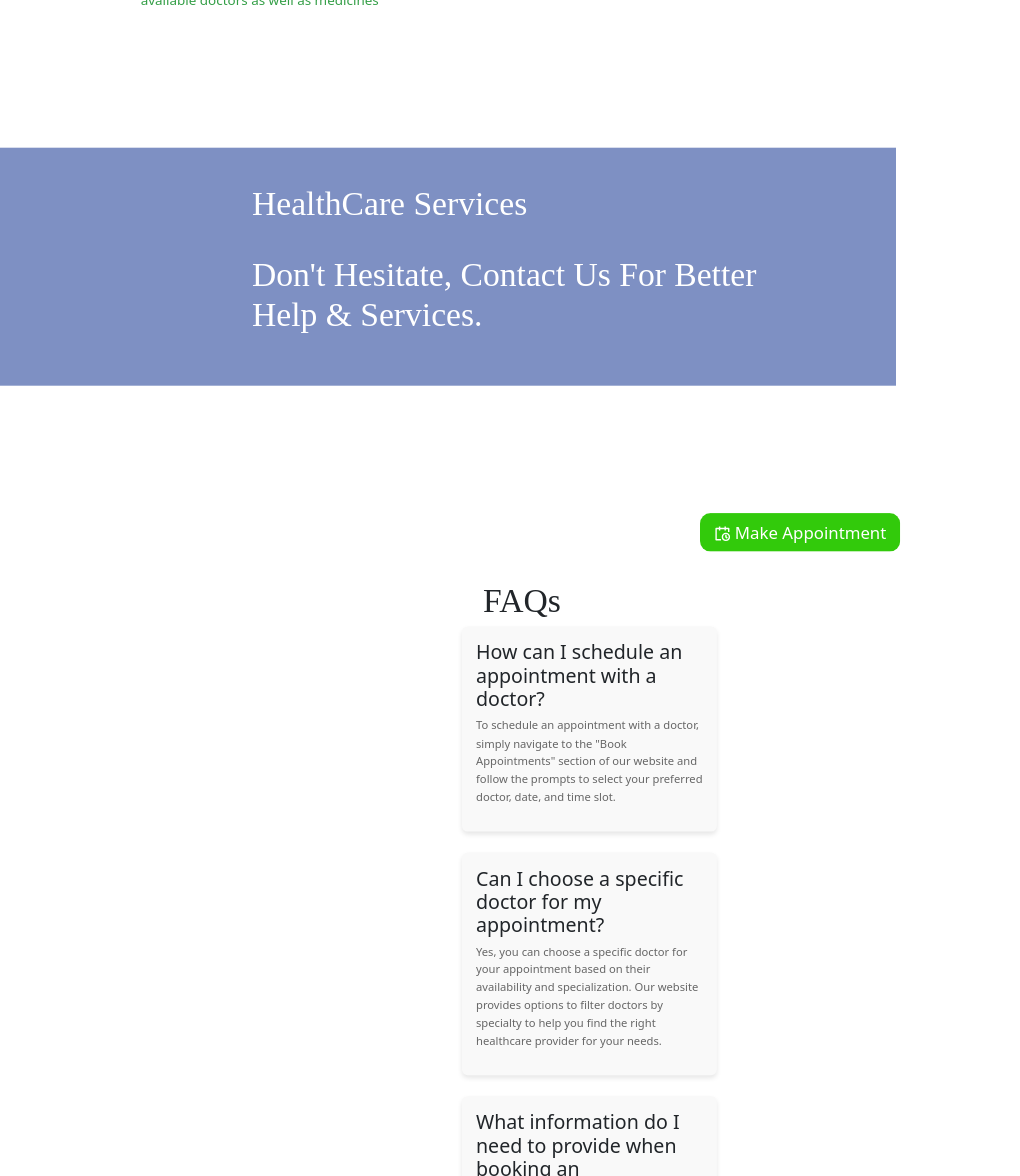
Repository: WajihaGul/MedicalApp-Frontend
Page: /
An editor plug-in stored every save of this project. The page is shown before and after the next save, followed by the edit.
The browser window is 1280 px wide. The page is 1457 px wide, so the pictures cover 1457 px, including what lies to the right of the window. The pictures show the part of the page from y = 1830 to 3510 px (the page is 4991 px tall before and 4986 px after), at 70% of full size.
The project was rebuilt for these pictures with package versions that can differ from the ones it lists, and the page was loaded fresh each time. Also part of the build but not shown: vite.config.js, src/index.css, src/App.css.

Above is the page before, as saved 2024-05-08 23:00:58.

### public/index.html
<!DOCTYPE html>
<html lang="en">
  <head>
    <meta charset="utf-8" />
    <link rel="icon" href="%PUBLIC_URL%/favicon.ico" />
    <meta name="viewport" content="width=device-width, initial-scale=1" />
    <meta name="theme-color" content="#000000" />
    <meta
      name="description"
      content="Web site created using create-react-app"
    />
    <link rel="apple-touch-icon" href="%PUBLIC_URL%/logo192.png" />

    <link rel="manifest" href="%PUBLIC_URL%/manifest.json" />

    <title>Health Buddy</title>

    <!-- Bootstrap CSS -->

    <link href="https://cdn.jsdelivr.net/npm/bootstrap@5.3.3/dist/css/bootstrap.min.css" rel="stylesheet">
  </head>
  <body>
    <noscript>You need to enable JavaScript to run this app.</noscript>
    <div id="root"></div>

  </body>
</html>

### src/index.js
import React from "react";
import ReactDOM from "react-dom/client";
import "./index.css";
import "bootstrap/dist/css/bootstrap.min.css";
import { Auth0Provider } from "@auth0/auth0-react";
import App from "./App";

const root = ReactDOM.createRoot(document.getElementById("root"));
root.render(
  <Auth0Provider
    domain="dev-0g3c3dxmqjxyqw2c.us.auth0.com"
    clientId="oMzUGa6dYetqfOyrTVNkJyeCd189p4oL"
    authorizationParams={{
      redirect_uri: window.location.origin,
    }}
  >
    <App />
  </Auth0Provider>
);

### src/App.js
import "./App.css";
import Homepage from "./Pages/Homepage";
function App() {
  return (
    <>
      <Homepage />
    </>
  );
}

export default App;

### src/Pages/Homepage.jsx
import Accomplishments from "../Components/Accomplishments/Accomplishments";
import Experience from "../Components/Experience/Experience";
import LandingPage from "./../Components/LandingPage/LandingPage";
import NavigationBar from "./../Components/NavigationBar/Navbar";
import MakeAppointment from "../Components/MakeAppointment/MakeAppointment";
import Footer from "../Components/Footer/Footer";
import Faqs from "../Components/FAQS/Faqs";

const Homepage = () => {
  return (
    <>
      <NavigationBar />
      <LandingPage />
      <Accomplishments />
      <Experience />
      <MakeAppointment />
      <Faqs />
      <Footer />
    </>
  );
};

export default Homepage;

### src/Components/Accomplishments/Accomplishments.jsx
import styles from "./Accomplishments.module.css";

const Accomplishments = () => {
  return (
    <div className={styles.container}>
      <div className={styles.innerContainer}>
        <div className={styles.column1}>
          <img
            className={styles.cols_img}
            src="https://medi-dove.netlify.app/img/counter/counter-icon-7.png"
            alt=""
          />

          <p className={styles.explanationi}>540 + </p>

          <p className={styles.explanationii}>Expert Doctors</p>

          <p className={styles.explanationiii}>
            Our team of dedicated professionals ensures personalized care and
            expert guidance tailored to your unique health needs
          </p>
        </div>

        <div className={styles.column1}>
          <img
            className={styles.cols_img}
            src="https://medi-dove.netlify.app/img/counter/counter-icon-9.png"
            alt=""
          />

          <p className={styles.explanationi}>899+</p>

          <p className={styles.explanationii}>Problem Solve</p>

          <p className={styles.explanationiii}>
            Benefit from our extensive expertise in resolving medical
            challenges, offering tailored solutions that prioritize patient
            well-being.
          </p>
        </div>

        <div className={styles.column3}>
          <img
            className={styles.cols_img}
            src="https://medi-dove.netlify.app/img/counter/counter-icon-83.png"
            alt=""
          />

          <p className={styles.explanationi}>100+</p>

          <p className={styles.explanationii}>Award Winner</p>

          <p className={styles.explanationiii}>
            With a track record of excellence, we continue to set the standard
            for cutting-edge medical information and services
          </p>
        </div>
      </div>
    </div>
  );
};

export default Accomplishments;

### src/Components/Experience/Experience.jsx
import styles from "./Experience.module.css";

const Experience = () => {
  return (
    <>
      <div className={styles.container}>
        <div className={styles.divimg}>
          <img
            className={styles.eimg}
            src="/Assets/Experience_image.png"
            alt="logo here"
          />
        </div>

        <div>
          <h1 className={styles.ehead1}>25+ Years Of Experience</h1>
          <br />
          <h6 className={styles.ehead6}>
            HealthBuddy helps you in searching available doctors as well as
            medicines
          </h6>
        </div>
        <div>
          <p className={styles.story_p}>
            Drawing upon a wealth of over 25 years of collective experience in
            the healthcare sector, our team brings unparalleled expertise to the
            development of medical websites. With a focus on user-centric design
            and accessibility, we create intuitive interfaces that prioritize
            patient engagement and professional credibility. By staying abreast
            of the latest industry trends and technological advancements, we
            ensure that our websites not only meet but exceed the expectations
            of both healthcare providers and their patients. Our commitment to
            excellence drives us to deliver solutions that resonate with our
            clients' goals and aspirations, ultimately contributing to the
            advancement of healthcare services in today's digital landscape.
          </p>
        </div>
      </div>
    </>
  );
};
export default Experience;

### src/Components/LandingPage/LandingPage.jsx
import React from "react";
import "bootstrap/dist/css/bootstrap.min.css";
import { Carousel } from "react-bootstrap";
import styles from "./LandingPage.module.css";

const LandingPage = () => {
  return (
    <Carousel>
      <Carousel.Item>
        <img
          className={styles.dblock}
          src="https:hips.hearstapps.com/hmg-prod/images/types-of-doctors-1600114658.jpg?crop=0.974xw:0.729xh;0,0&resize=1200:*"
          alt="First slide"
        />
        <Carousel.Caption>
          <h3 className={styles.sliders_h}>Welcome to HealthBuddy</h3>
          <p className={styles.sliders_p}>
            We are dedicated to providing compassionate care and innovative
            medical solutions tailored to your needs.
          </p>
        </Carousel.Caption>
      </Carousel.Item>
      <Carousel.Item>
        <img
          className={styles.dblock}
          src="https://medi-dove.netlify.app/img/home4/about/overlap.png"
          alt="Second slide"
        />
        <Carousel.Caption>
          <h3 className={styles.sliders_h}>
            Find Trusted Doctors in Your Area
          </h3>
          <p className={styles.sliders_p}>
            Whether you need a primary care physician, specialist, or allied
            healthcare provider, we've got you covered.
          </p>
        </Carousel.Caption>
      </Carousel.Item>
      <Carousel.Item>
        <img
          className={styles.dblock}
          src="https://drz0f01yeq1cx.cloudfront.net/1714474335549-158e1cf4-d33e-41ef-afb5-0ab23aea778c-4929.png"
          alt="Third slide"
        />
        <Carousel.Caption>
          <h3 className={styles.sliders_h}>Convenient Pharmacy Services</h3>
          <p className={styles.sliders_p}>
            Our pharmacy services make it easy to access the medications you
            need, right from the comfort of your own home.
          </p>
        </Carousel.Caption>
      </Carousel.Item>
    </Carousel>
  );
};

export default LandingPage;

### src/Components/NavigationBar/Navbar.jsx
import styles from "./Navbar.module.css";
import { useAuth0 } from "@auth0/auth0-react";

const Navbar = () => {
  const { loginWithRedirect, isAuthenticated, logout } = useAuth0();

  return (
    <>
      <nav className={styles.container}>
        <div className={styles.logo}>
          <img
            className={styles.nav_img}
            src="https://cdn.icon-icons.com/icons2/1465/PNG/512/588hospital_100778.png"
            alt="logo"
          />
          <h1 className={styles.nav_head}>HealthBuddy</h1>
        </div>
        <ul className={styles.navul}>
          <li href="#">Home</li>
          <li href="#">Doctors</li>
          <li href="#">Pharmacies</li>
          <li href="#">Contact Us</li>
        </ul>
        {isAuthenticated ? (
          <li>
            <button
              className={styles.customButton}
              onClick={() =>
                logout({ logoutParams: { returnTo: window.location.origin } })
              }
            >
              Log Out
            </button>
          </li>
        ) : (
          <li>
            <button
              className={styles.customButton}
              onClick={() => loginWithRedirect()}
            >
              Login
            </button>
          </li>
        )}
      </nav>
    </>
  );
};

export default Navbar;

### src/Components/MakeAppointment/MakeAppointment.jsx
import styles from "./MakeAppointment.module.css";
import { RiCalendarScheduleLine } from "react-icons/ri";

const MakeAppointment = () => {
  return (
    <>
      <div className={styles.container}>
        <div className={styles.divii}>
          <h3 className={styles.head3}>HealthCare Services</h3>
          <h1 className={styles.head1}>
            Don't Hesitate, Contact Us For Better Help & Services.
          </h1>
        </div>

        <div className={styles.ButtonHere}>
          <button className={styles.button} type="button">
            <RiCalendarScheduleLine className={styles.icon} />
            Make Appointment
          </button>
        </div>
      </div>
    </>
  );
};

export default MakeAppointment;

### src/Components/Footer/Footer.jsx
import React from "react";
import styles from "./Footer.module.css";
import {
  FaPhone,
  FaEnvelope,
  FaFacebook,
  FaTwitter,
  FaInstagram,
  FaLinkedin,
} from "react-icons/fa";

const Footer = () => {
  return (
    <>
      <footer className={styles.footer}>
        <div className={styles.container}>
          <div className={styles.footer_grid}>
            <div className={styles.footer_item}>
              <h3>Contact Us</h3>
              <p>
                <FaPhone /> +1-123-456-7890
              </p>
              <p>
                <FaEnvelope /> info@medicalwebsite.com
              </p>
            </div>
            <div className={styles.footer_item}>
              <h3>Quick Links</h3>
              <ul>
                <li>
                  <a href="#home">Home</a>
                </li>
                <li>
                  <a href="#doctors">Doctors</a>
                </li>
                <li>
                  <a href="#pharmacy">Pharmacy</a>
                </li>
                <li>
                  <a href="#appointments">Appointments</a>
                </li>
                <li>
                  <a href="#about">About Us</a>
                </li>
                <li>
                  <a href="#contact">Contact Us</a>
                </li>
              </ul>
            </div>
            <div className={styles.footer_item}>
              <h3>Services</h3>
              <ul>
                <li>
                  <a href="#appointment">Book Appointment</a>
                </li>
                <li>
                  <a href="#pharmacy-order">Order Medicine</a>
                </li>
              </ul>
            </div>
            <div className={styles.footer_item}>
              <h3>Follow Us</h3>
              <ul className={styles.social_icons}>
                <li>
                  <a href="https://facebook.com">
                    <FaFacebook />
                  </a>
                </li>
                <li>
                  <a href="https://twitter.com">
                    <FaTwitter />
                  </a>
                </li>
                <li>
                  <a href="https://instagram.com">
                    <FaInstagram />
                  </a>
                </li>
                <li>
                  <a href="https://linkedin.com">
                    <FaLinkedin />
                  </a>
                </li>
              </ul>
            </div>
          </div>
        </div>
        <div className={styles.footer_bottom}>
          <div className={styles.container}>
            <p>
              &copy; {new Date().getFullYear()} Medical Website. All rights
              reserved.
            </p>
          </div>
        </div>
      </footer>
    </>
  );
};

export default Footer;

### src/Components/FAQS/Faqs.jsx
import React from "react";
import styles from "./Faqs.module.css";

const Faqs = () => {
  return (
    <section className={styles.faq_section}>
      <div className={styles.faq_content}>
        <h2 className={styles.faq_h2}>FAQs</h2>
        <div className={styles.faq_item}>
          <h3>How can I schedule an appointment with a doctor?</h3>
          <p>
            To schedule an appointment with a doctor, simply navigate to the
            "Book Appointments" section of our website and follow the prompts to
            select your preferred doctor, date, and time slot.
          </p>
        </div>
        <div className={styles.faq_item}>
          <h3>Can I choose a specific doctor for my appointment?</h3>
          <p>
            Yes, you can choose a specific doctor for your appointment based on
            their availability and specialization. Our website provides options
            to filter doctors by specialty to help you find the right healthcare
            provider for your needs.
          </p>
        </div>
        <div className={styles.faq_item}>
          <h3>
            What information do I need to provide when booking an appointment?
          </h3>
          <p>
            When booking an appointment, you will need to provide basic
            information such as your name, contact details, reason for visit,
            and any relevant medical history. This information helps us ensure
            that you receive the appropriate care during your visit.
          </p>
        </div>
        <div className={styles.faq_item}>
          <h3>How can I order prescription medications from the pharmacy?</h3>
          <p>
            Ordering prescription medications from our pharmacy is easy. Simply
            log in to your account on our website, navigate to the pharmacy
            section, and browse our catalog of available medications. Add the
            desired items to your cart, proceed to checkout, and follow the
            instructions to complete your order
          </p>
        </div>

        <div className={styles.faq_item}>
          <h3>
            How long does it take for prescription medications to be delivered?
          </h3>
          <p>
            Prescription medication delivery times may vary depending on your
            location and the availability of the medications you have ordered.
            Typically, orders are processed and dispatched within 24 hours, and
            delivery times range from 2-3 business days.
          </p>
        </div>
      </div>
    </section>
  );
};

export default Faqs;

### src/Components/Accomplishments/Accomplishments.module.css
.container{
    margin:0 auto;
    width: 1200px;
    padding-top: 30px;
    padding-bottom: 30px;
    margin-top: 30px;
    display: flex;
    flex-direction: column;
}
.innerContainer{
    display: flex;
    flex-direction: row;
}
.column1 , .column2 , .column3{
    display: flex;
    flex-direction: column;
    justify-content: center;
    align-items: center;
}
.explanationi{
    font-size: xxx-large;
    font-weight: 700px;
}

.explanationii{
    color: green;
    font-size: larger;
    font-style: italic;
    margin-top: -12px;
}

.explanationiii{
    text-align: justify;
    margin-right: 23px;
    font-size:24px;
}

.cols_img{
    height: 150px;
    width: 150px;
    align-items: center !important;
    justify-content: center !important;
}

### src/Components/Experience/Experience.module.css
.container{
  margin: 0 auto;
  width: 1200px;
  margin-top: 138px;
  display: flex;
  flex-direction: row;
  margin-bottom: 138px;
}

.logo, .experience , .story{
  margin: 10px;
  height: 100px !important;
}

.story_p{
  padding: 44px;
    text-align: justify;
    font-size: 20px;
    width: 900px;
}
.divimg{

}
.ehead1{
  font-size: 69px;
}

.ehead6{
color: #339e46 ;
font-size: larger;
}
.eimg{
  height: 131px;
  margin-bottom: 102px;
  margin-top: 102px;
  padding-right: 30px;
}

### src/Components/LandingPage/LandingPage.module.css
.carousel {
  overflow: hidden; /* Hide any overflow */
}

.carousel-item img {
  max-width: 100%; /* Ensure images don't exceed the width of the container */
  max-height: 100vh; /* Adjust the height as needed to fit within the viewport */
  margin: auto; /* Center the images horizontally */
}

.dblock{
  height: 100vh;
  width: 100%;
  margin-bottom: 100px;
  filter: brightness(0.5);
}

.sliders_p{
  font-size: 48px;
  color: white;
  width: 1462px;
  text-align: center;
  padding-bottom: 156px;
  font-family: serif;
}

.sliders_h{
  font-size: 48px;
  font-family: serif;
}

### src/Components/NavigationBar/Navbar.module.css
nav {
    position: fixed;
    top: 0;
    left: 0;
    width: 100%;
    display: flex;
    justify-content: space-between;
    align-items: center;
    height: 80px;
    padding: 0 30px;
    background-color: #4f4fa1;
    box-shadow: 0px 4px 10px rgba(0, 0, 0, 0.1);
    z-index: 10;
}

.navul {
  display: flex;
  gap: 53px;
  list-style-type: none;
  margin: 0;
  padding: 0;
  font-size: x-large;
  box-sizing: border-box;
  font-family: cursive;
  color: white;
  font-weight: 800;
}

.navbar-item {
  position: relative;
}

.navbar-item a {
  text-decoration: none;
  color: #fff;
  font-weight: bold;
  padding: 15px 20px;
  border-radius: 10px;
  transition: background-color 0.3s ease;
}

.navbar-item a:hover {
  background-color: rgba(255, 255, 255, 0.2); /* Semi-transparent background on hover */
}

.customButton {
  background-color: #f0f1ff;
    border: none;
    font-family: cursive;
    color: #2259b1;
    padding: 0px 32px;
    text-align: center;
    text-decoration: none;
    display: inline-block;
    margin: 4px 2px;
    cursor: pointer;
    border-radius: 4px;
    transition-duration: 0.4s;
    font-size: x-large;
    height: 54px;
    font-weight: 700;
}

.customButton:hover {

}


.btn-primary.btn-lg:hover {
  transform: scale(1.05); /* Scale button on hover */
}

.logo {
  display: flex;
  align-items: center;
}

.nav_img {
  height: 47px;
  margin-right: 20px;
  margin-top: -9px;
  margin-right: 14px;
}

.nav_head {
  font-size: 2.5rem;
  margin-left: -12px;
  color:#ffffff;
  font-family: cursive;
  margin-bottom: 1px;
  font-weight: 800;
  font-size: xx-large;
}

### src/Components/MakeAppointment/MakeAppointment.module.css
.container{
    background-color: rgb(126 144 195);
    height: 340px;
    margin-top: 152px
}
.head3{
    color: white;
    font-family: cursive;
    margin-left: 290px;
    padding-top: 41px;
    width: 800px;
    font-size: xxx-large;
    margin-right: 290px;
}
.head1{
    margin-top: 44px;
    color: white;
    font-family: cursive;
    margin-left: 290px;
    font-size: xxx-large;
    width: 800px;
    margin-bottom: 44px;
    margin-right: 290px;
}

.ButtonHere, .divii{
    float: left;
    width: 280px;
    margin: 10px;
}

.divii{
    margin-left: 70px;
    margin-right: -32px;
}

.ButtonHere{
    margin-left: 1000px;
    margin-top: 200px;
}

.button{
    height: 55px;
    width: 286px;
    border-color: transparent;
    font-size: x-large;
    border-radius: 15px;
    background-color: #32ca0b;
    color: white;
}

.icon{
    margin-right: 6px;
    height: 54px;
}

### src/Components/Footer/Footer.module.css
.footer {
  background-color: #191931;
  padding-top: 26px;
  padding-left: 25px;
  font-family: emoji;
  color: white;
  display: flex;
  flex-direction: column;
  justify-content: space-between; /* Align content at the top and bottom */
  height: 100%; /* Make the footer take the full height */
}

.footer .container {
  justify-content: space-between;
  color: white;
}

.footer_grid {
  color: white;
  display: grid;
  grid-template-columns: repeat(4, 1fr);
  grid-gap: 30px;
}

.footer_item {
  color: white;
  margin-bottom: 30px;
}

.footer_item h3 {
  color: white;
  font-size: 1.2rem;
  margin-bottom: 15px;
  color: white;
}

.footer_item p {
  color: white;
  font-size: 1rem;
  margin-bottom: 10px;
}

.footer_item ul {
  color: white;
  list-style-type: none;
  padding: 0;
}

.footer_item ul li {
  margin-bottom: 5px;
  color: white;
}

.footer_item ul li a {
  color: #333;
  text-decoration: none;
  color: white;
}

.footer_item ul li a:hover {
  color: #007bff;
}

.social_icons {
  display: flex;
  padding: 0;
  color: white;
}

.social_icons li {
  margin-right: 10px;
  color: white;
}

.social_icons li:last-child {
  margin-right: 0;
  color: white;
}

.social_icons a {
  color: white;
  font-size: 1.2rem;
  text-decoration: none;
}

.social_icons a:hover {
  color: #007bff;
}

.footer_bottom {
  background-color:  #191931;
  padding: 15px 0;
  color: white;
  text-align: center;
}

.footer_bottom p {
  margin-left: -23px;
  font-size: 0.9rem;
  color: white;
}

### src/Components/FAQS/Faqs.module.css
.faq_section {
    max-width: 1587px;
    display: flex;
    padding-left: 300px;
    padding: 300p;
    padding-top: 32px;
    align-items: center;
    margin-left: 340px;
}
  .faq_h2{
    font-size: 3rem;
    font-family: emoji;
    padding-left: 30px;
  }
  .faq_content {
    width: 60%;
    padding-left: 20px;
  }


  .faq_item {
    margin-bottom: 30px;
    background-color: #f9f9f9;
    padding: 20px;
    border-radius: 8px;
    box-shadow: 0 4px 8px rgba(0, 0, 0, 0.1);
    transition: transform 0.3s ease;
  }

  .faq_item:hover {
    transform: translateY(-5px);
    color: #4f4fa1;
  }

  .faq-item h3 {
    font-size: 1.2rem;
    margin-bottom: 10px;
    color: #333;
  }

  .faq_item p {
    font-size: 1rem;
    line-height: 1.6;
    color: #666;
  }

After the next save:
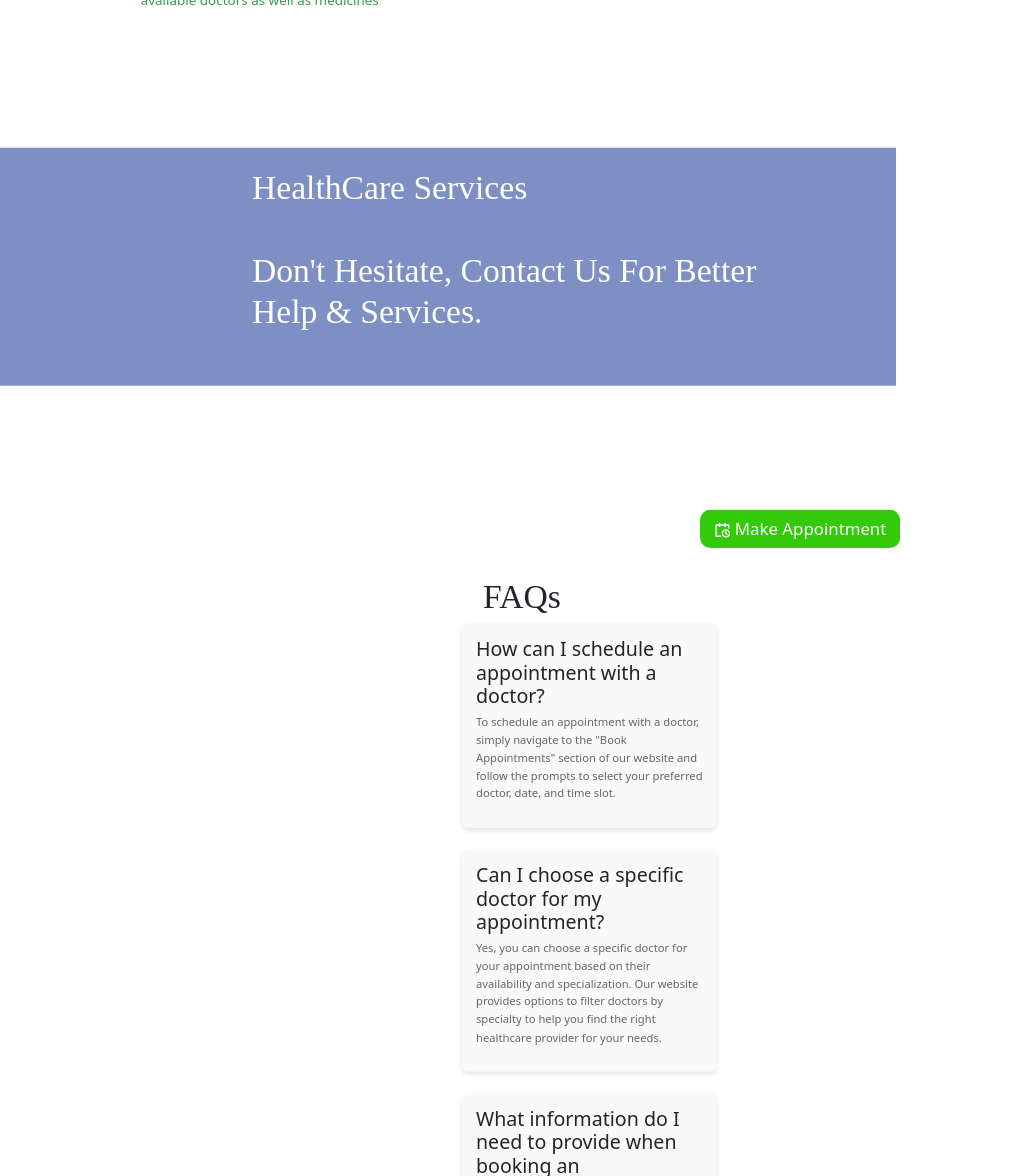
Saved 100 s later.
--- a/src/Components/MakeAppointment/MakeAppointment.module.css
+++ b/src/Components/MakeAppointment/MakeAppointment.module.css
@@ -7,10 +7,11 @@
     color: white;
     font-family: cursive;
     margin-left: 290px;
-    padding-top: 41px;
+    padding-top: 18px;
     width: 800px;
     font-size: xxx-large;
     margin-right: 290px;
+    padding-bottom: 18px;
 }
 .head1{
     margin-top: 44px;
